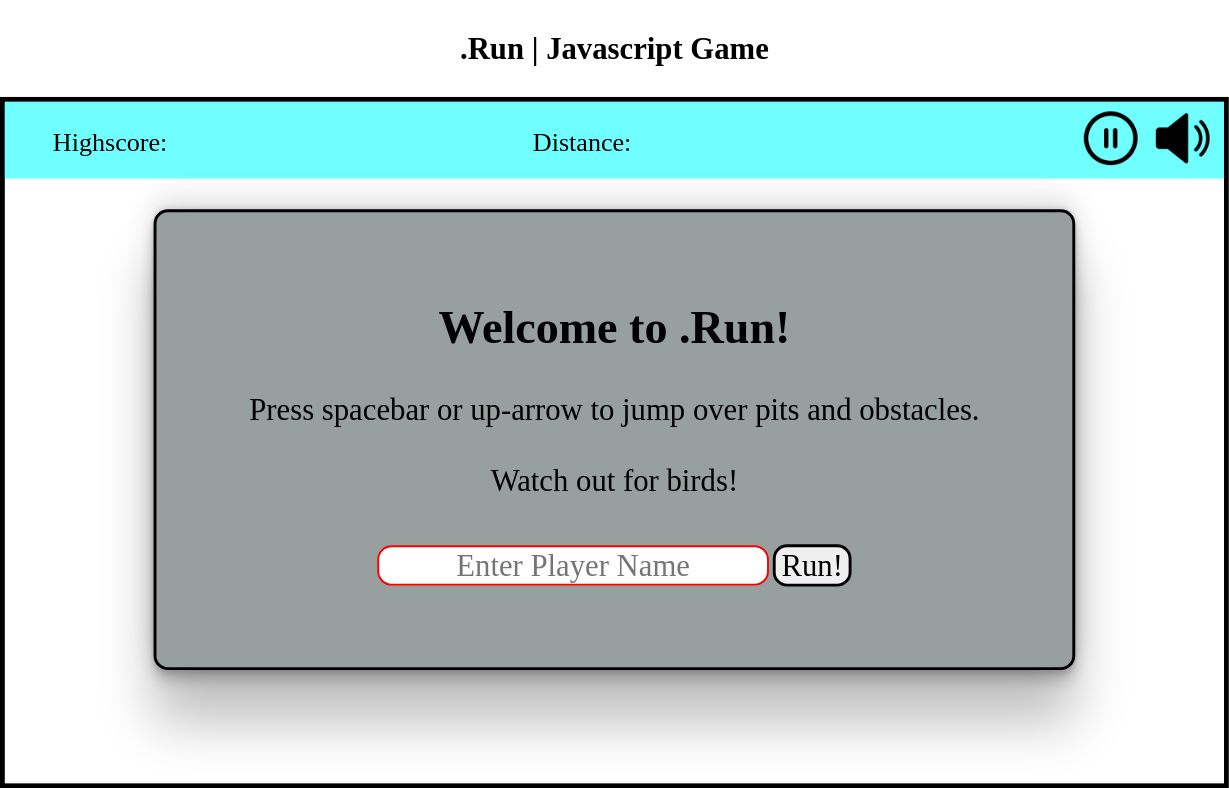
Repository: jellymel0n/bit-biker
Page: index.html
An editor plug-in stored every save of this project. The page is shown before and after the next save, followed by the edit.
The browser window is 1280 px wide. The pictures show the whole page, at 96% of full size.

Above is the page before, as saved 2021-07-05 10:53:08.

After the next save:
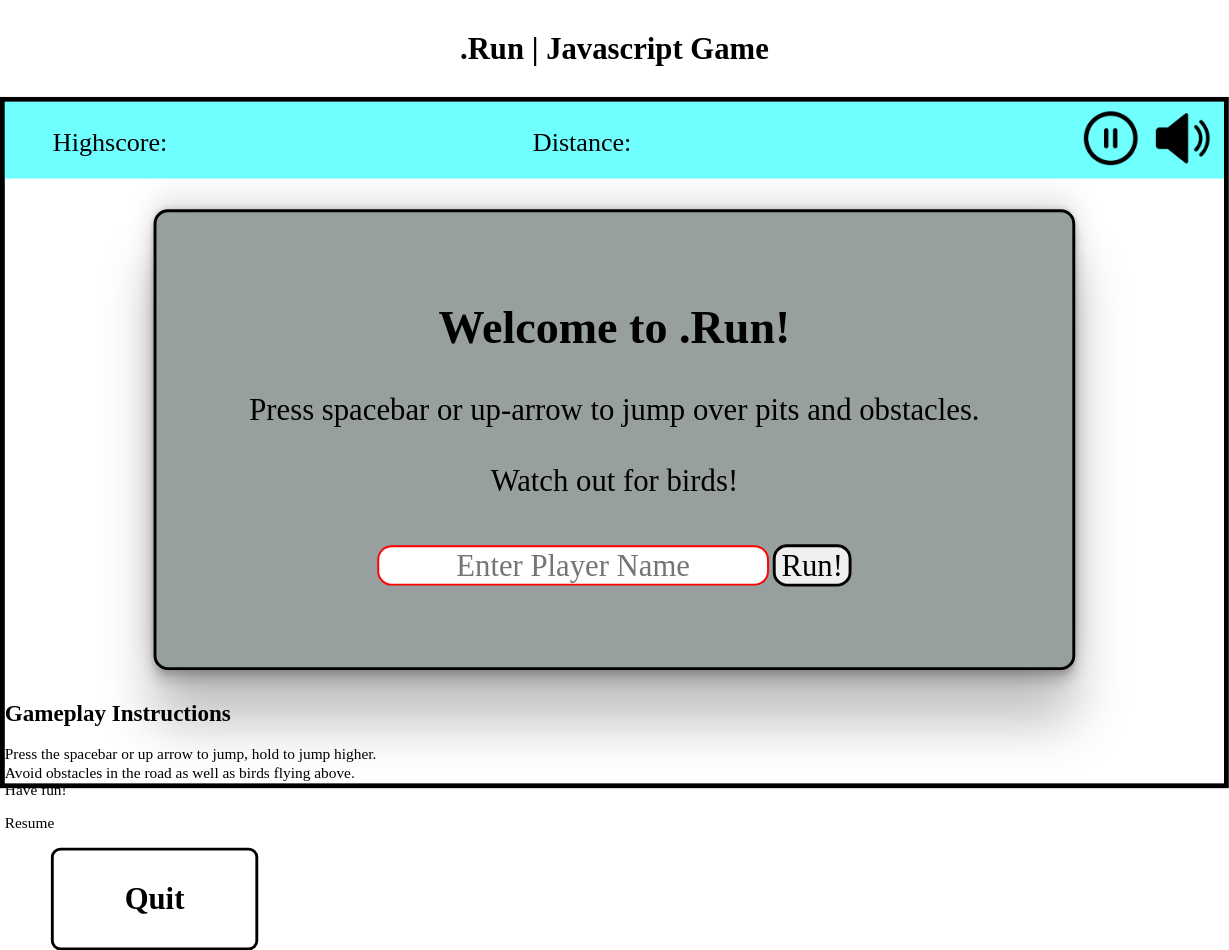
Saved 4 min 11 s later.
--- a/index.html
+++ b/index.html
@@ -65,7 +65,20 @@
 
         <!-- Help Screen -->
         <div class="help-screen">
-
+            <h2>Gameplay Instructions</h2>
+            <p>
+                Press the spacebar or up arrow to jump, hold to jump higher.<br>
+                Avoid obstacles in the road as well as birds flying above.<br>
+                Have fun!
+            </p>
+            <div id="help-btns">
+                <div id="resume-btn">
+                    <p>Resume</p>
+                </div>
+                <div id="quit-btn">
+                    <p id="quit-text">Quit</p>
+                </div>
+            </div>
         </div>
         <!-- End of Help Screen -->
 
